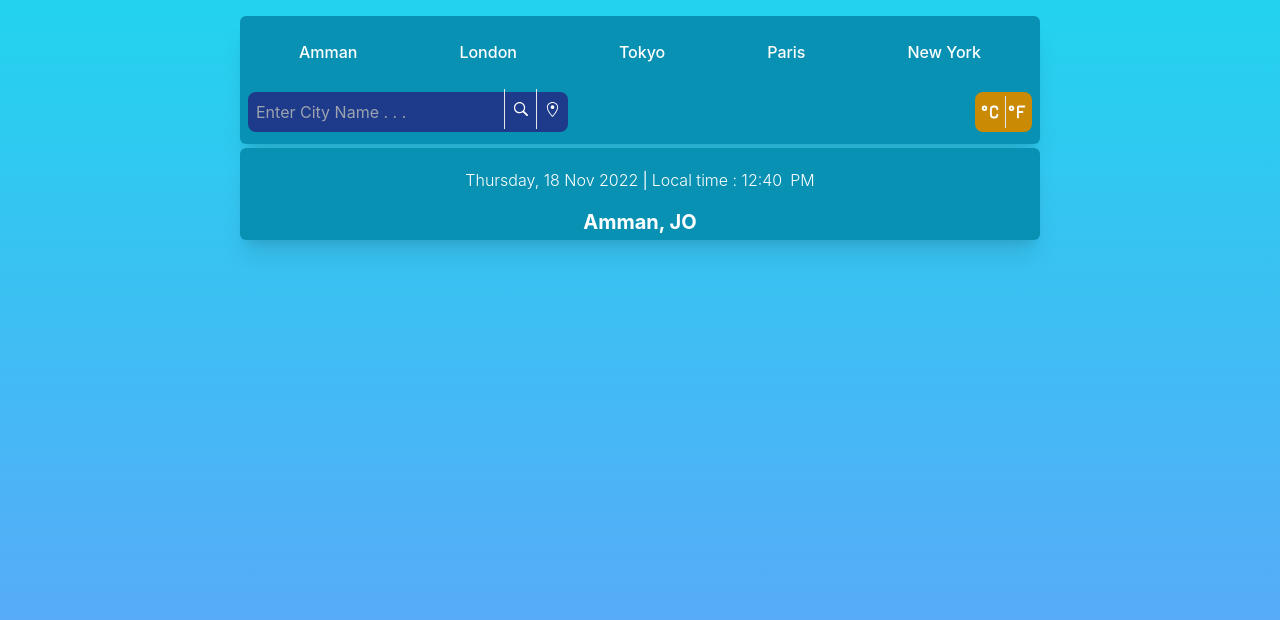
Repository: SaadYasin/next-js-forecast-tailwind
Page: /
An editor plug-in stored every save of this project. The page is shown before and after the next save, followed by the edit.
The browser window is 1280 px wide. The pictures show the whole page.
The project was rebuilt for these pictures with package versions that can differ from the ones it lists, and the page was loaded fresh each time. The framework's server and built-in components were replaced by stand-ins that run in the browser.

Above is the page before, as saved 2022-11-18 22:01:07.

After the next save:
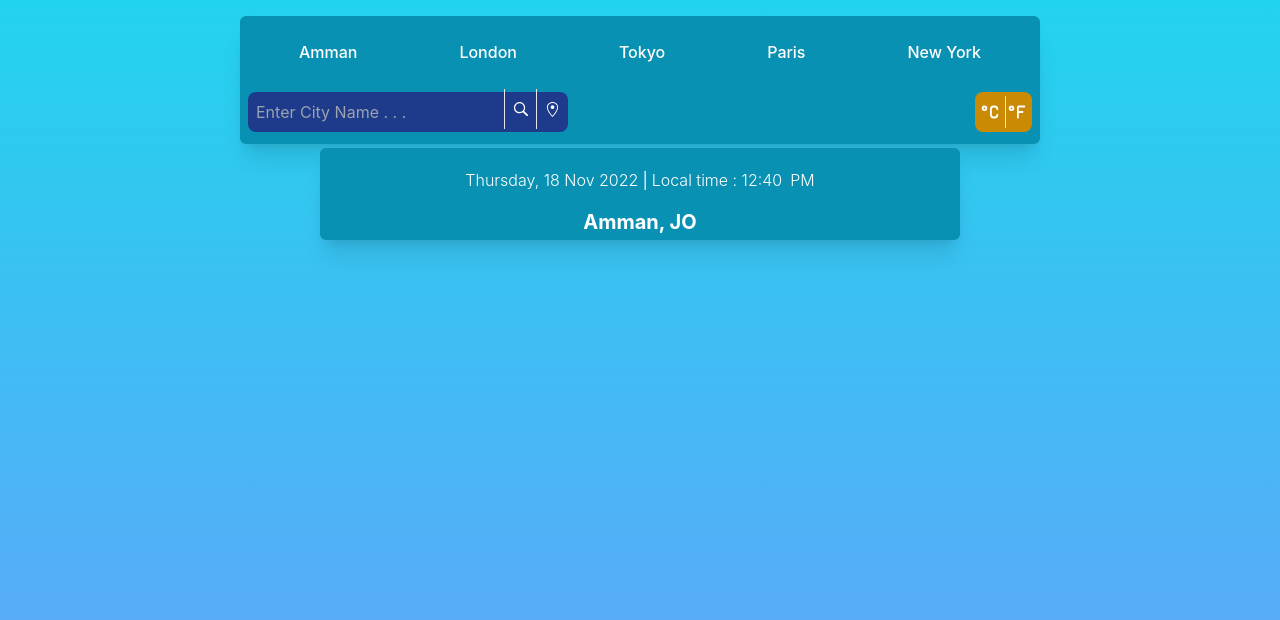
Saved 25 min 33 s later.
--- a/components/MainCard.js
+++ b/components/MainCard.js
@@ -6,7 +6,7 @@ const MainCard = () => {
   return (
     <div className="flex flex-col items-center">
 
-    <div className="text-white w-[22.5rem] md:w-3/4 lg:w-[50rem] bg-cyan-600 h-max-content p-1 mt-4 rounded-md shadow-xl">
+    <div className="text-white w-[22.5rem] md:w-3/4 lg:w-[40rem] bg-cyan-600 h-max-content p-1 mt-4 rounded-md shadow-xl">
       <TimeAndDate />
       <Location />
 
